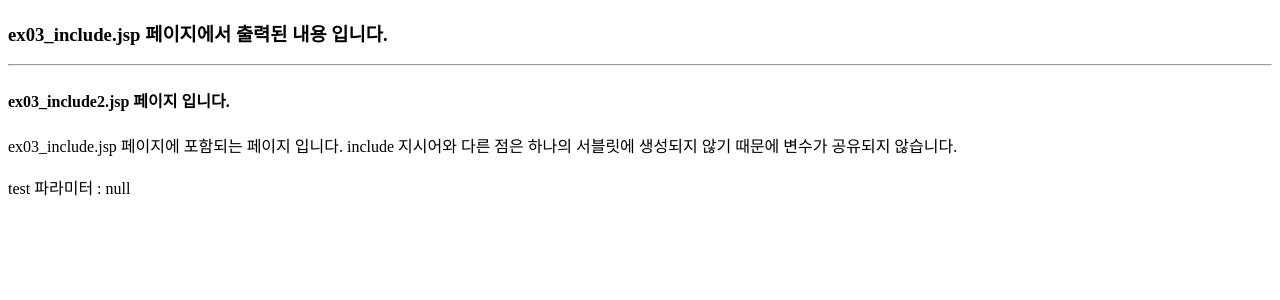
Repository: WONDongin/GoodeeAcademy_JAVA
Page: http://localhost/jspStudy/ex06_pageContext/ex03_include.jsp
The author's editor kept a copy of each file at every save. The page is drawn from the files as they stood at one save, then again after the next save.
The browser window is 1280 px wide. The pictures show the whole page.
The page is served by Tomcat 9.

Above is the page before, as saved 2025-04-02 03:44:56.

After the next save:
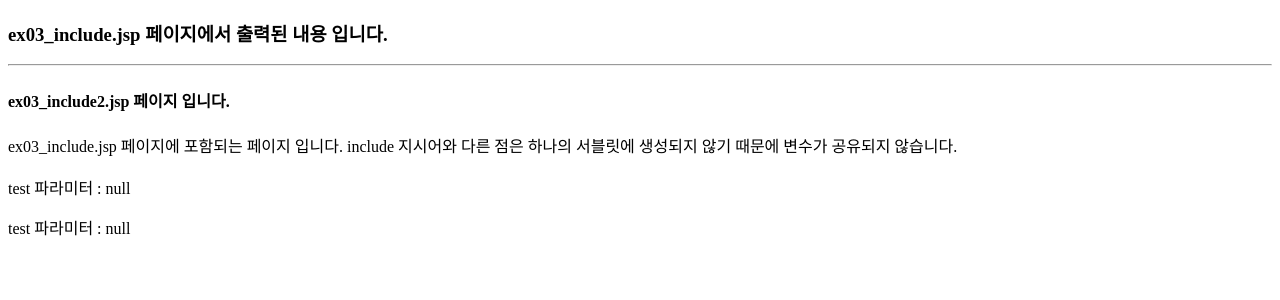
Saved 2 min 2 s later.
--- a/jsp_study/jspStudy/src/main/webapp/ex06_pageContext/ex03_include.jsp
+++ b/jsp_study/jspStudy/src/main/webapp/ex06_pageContext/ex03_include.jsp
@@ -13,5 +13,6 @@
 		String msg = "ex03_include.jsp페이지의 메세지";
 		pageContext.include("ex03_include2.jsp");
 		%>
+		test 파라미터 : <%= request.getParameter("test") %>
 	</body>
 </html>
